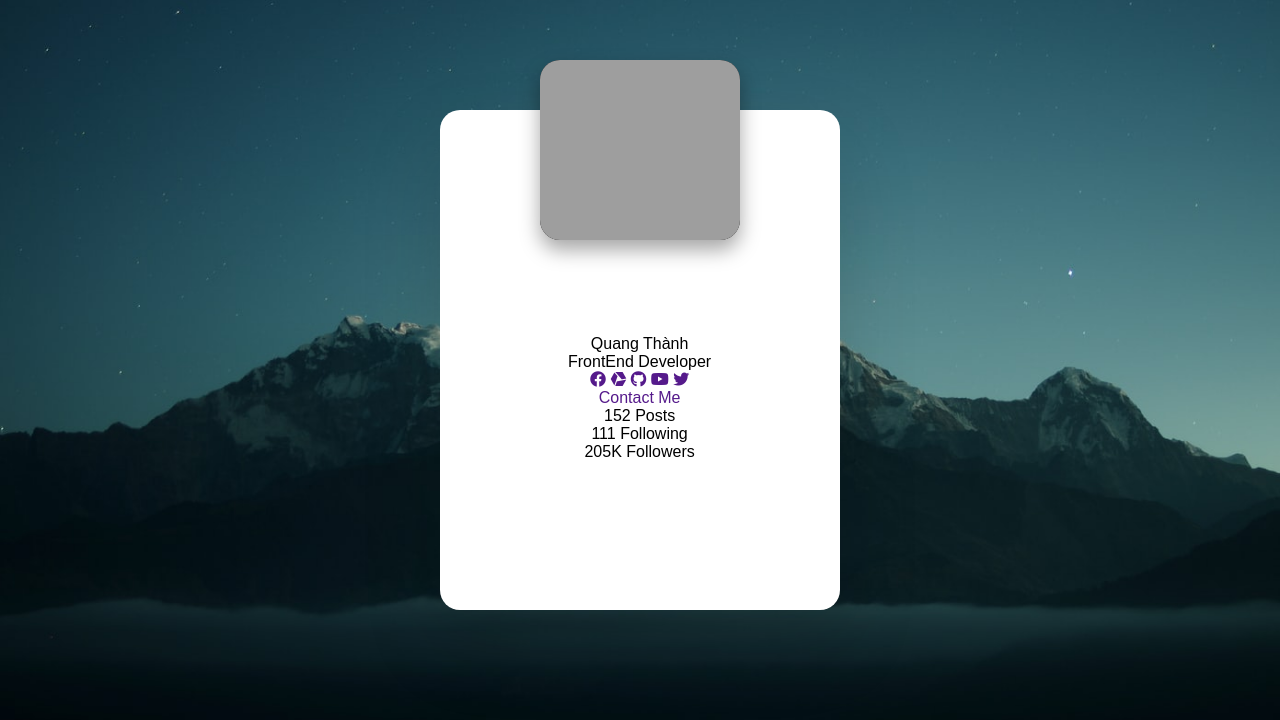
Repository: QuangThanh152/Profile-me
Page: index.html
The author's editor kept a copy of each file at every save. The page is drawn from the files as they stood at one save, then again after the next save.
The browser window is 1280 px wide. The pictures show the whole page.
Pictures or frames that could not be fetched are drawn as grey boxes.

Above is the page before, as saved 2022-10-07 15:14:36.

### index.html
<!DOCTYPE html>
<html lang="en">
<head>
    <meta charset="UTF-8">
    <meta http-equiv="X-UA-Compatible" content="IE=edge">
    <meta name="viewport" content="width=device-width, initial-scale=1.0">
    <link rel="stylesheet" href="./accets/font/fontawesome-free-6.1.2-web/css/all.min.css">
    <link rel="stylesheet" href="./accets/main.css">
    <title>Profile-QT</title>
</head>
<body>
    <div class="card">
        <div class="card-header">
            <img src="./accets/img/IMG_20220202_135645.jpg" alt="" class="img-me">
        </div>
        <div class="content">
            <div class="name">Quang Thành</div>
            <div class="desc">FrontEnd Developer</div>
            <div class="SocialNetwork">
                <a href="" class="icon"><i class="fa-brands fa-facebook"></i></a>
                <a href="" class="icon"><i class="fa-brands fa-instalod"></i></i></a>
                <a href="" class="icon"><i class="fa-brands fa-github"></i></i></a>
                <a href="" class="icon"><i class="fa-brands fa-youtube"></i></i></a>
                <a href="" class="icon"><i class="fa-brands fa-twitter"></i></i></a>
            </div>
            <a href="" class="btn-contact">Contact Me</a>
            <div class="card-footer">
                <div class="number">
                    <div class="item">
                        <span>152</span>
                        Posts
                    </div>
                </div>
                <div class="number">
                    <div class="item">
                        <span>111</span>
                        Following
                    </div>
                </div>
                <div class="number">
                    <div class="item">
                        <span>205K</span>
                        Followers
                    </div>
                </div>
            </div>
        </div>
    </div>
</body>
</html>

### accets/main.css
* {
    padding: 0;
    margin: 0;
    box-sizing: border-box;
    font-family: 'Poppins', sans-serif;
    text-decoration: none;
}

body {
    min-height: 100vh;
    background: url(/accets/img/img-big.jpg) no-repeat center;
    background-size: cover;
    display: flex;
    justify-content: center;
    align-items: center;
}

.card {
    position: relative;
    width: 400px;
    /* height: 190px; */
    height: 500px;
    border-radius: 20px;
    background: #fff;
    transition: 0.2s;
    box-shadow: 0 35px 80px rgba(0,0,0,0.15);
}
.card:hover {
    height: 500px;
}
.card-header {
    position: absolute;
    background: rgb(21, 19, 19);
    left: 50%;
    top: -50px;
    transform: translateX(-50%);
    width: 200px;
    height: 180px;
    border-radius: 20px;
    box-shadow: 0 10px 20px rgba(0,0,0,0.35);
    overflow: hidden;
    transition: 0.3s;
}
.card:hover .card-header {
    width: 250px;
    height: 250px;
    transition: 0.2s;
}
.img-me {
    position: absolute;
    top: 0;
    left: 0;
    width: 100%;
    height: 100%;
    object-fit: cover;
}
.content {
    position: absolute;
    top: 45%;
    text-align: center;
    display: block;
    align-items: center;
    left: 32%;
}
.name {

}

Loaded but not shown: accets/font/fontawesome-free-6.1.2-web/css/all.min.css (library)

After the next save:
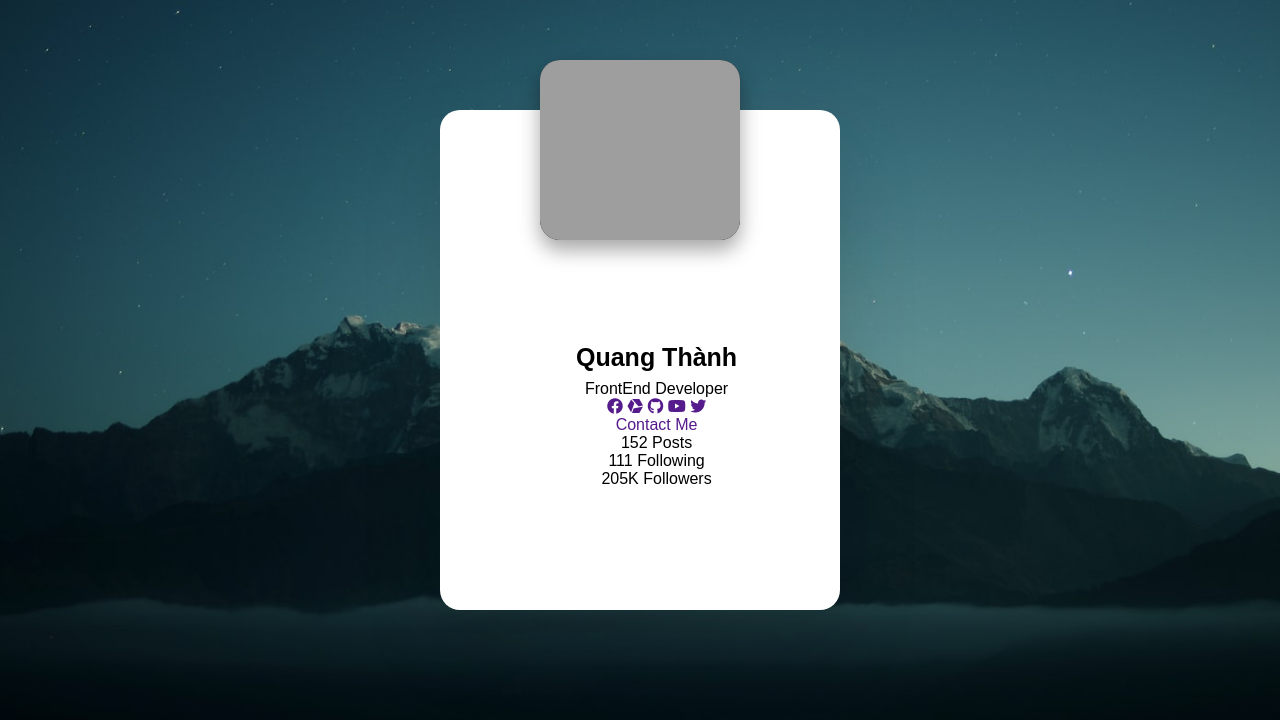
Saved 3 min 42 s later.
--- a/accets/main.css
+++ b/accets/main.css
@@ -63,5 +63,13 @@ body {
     left: 32%;
 }
 .name {
-
+    font-size: 25px;
+    font-weight: 600;
+    padding: 8px;
 }
+.decs {
+    font-size: 14px;
+    opacity: .5;
+    padding: 0 0 20px 0;
+    color: #e66767;
+}
